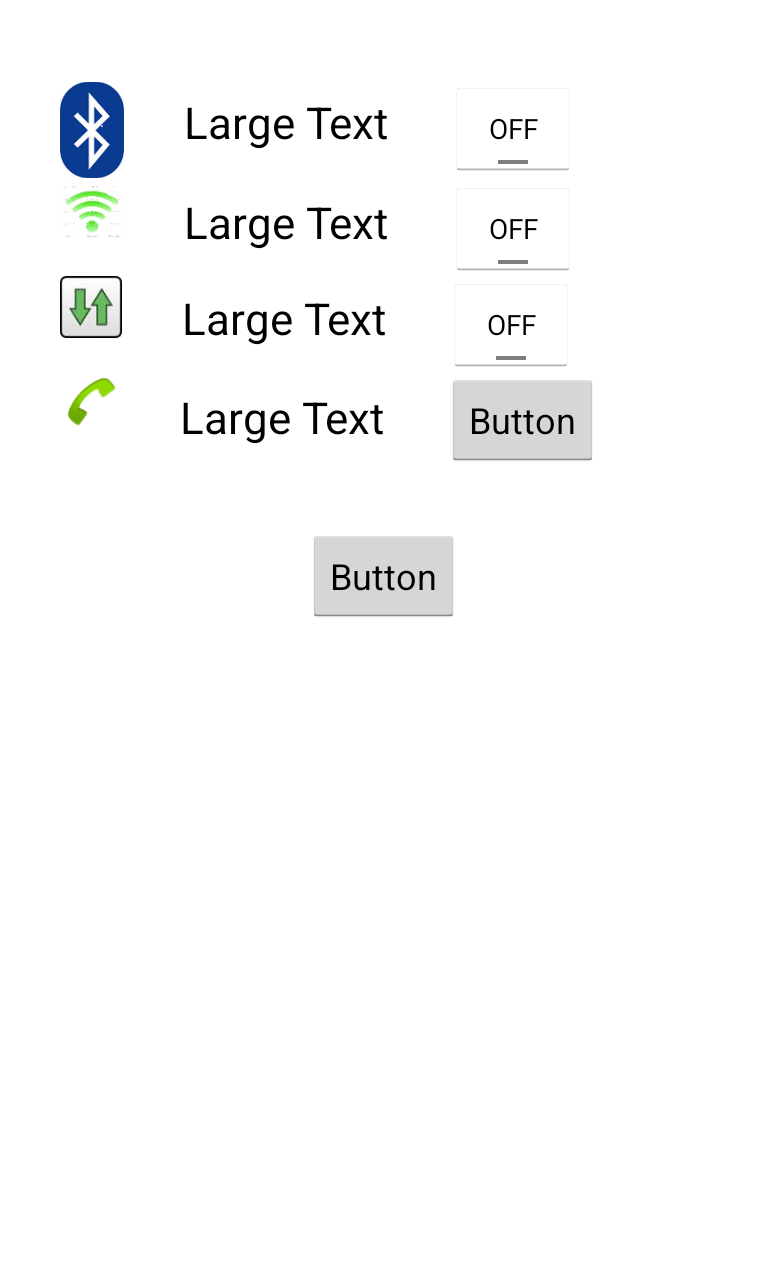
Repository: born2behappy18/meetingMiliue
Layout: MeetingMileu/res/layout/toggle.xml
The author's editor kept a copy of each file at every save. The layout is drawn from the files as they stood at one save, then again after the next save.
It is drawn on a 768 x 1280 px phone screen (xhdpi) without system bars, with theme AppTheme; the app's code is not run.

Above is the layout before, as saved 2015-10-13 10:54:37.

After the next save:
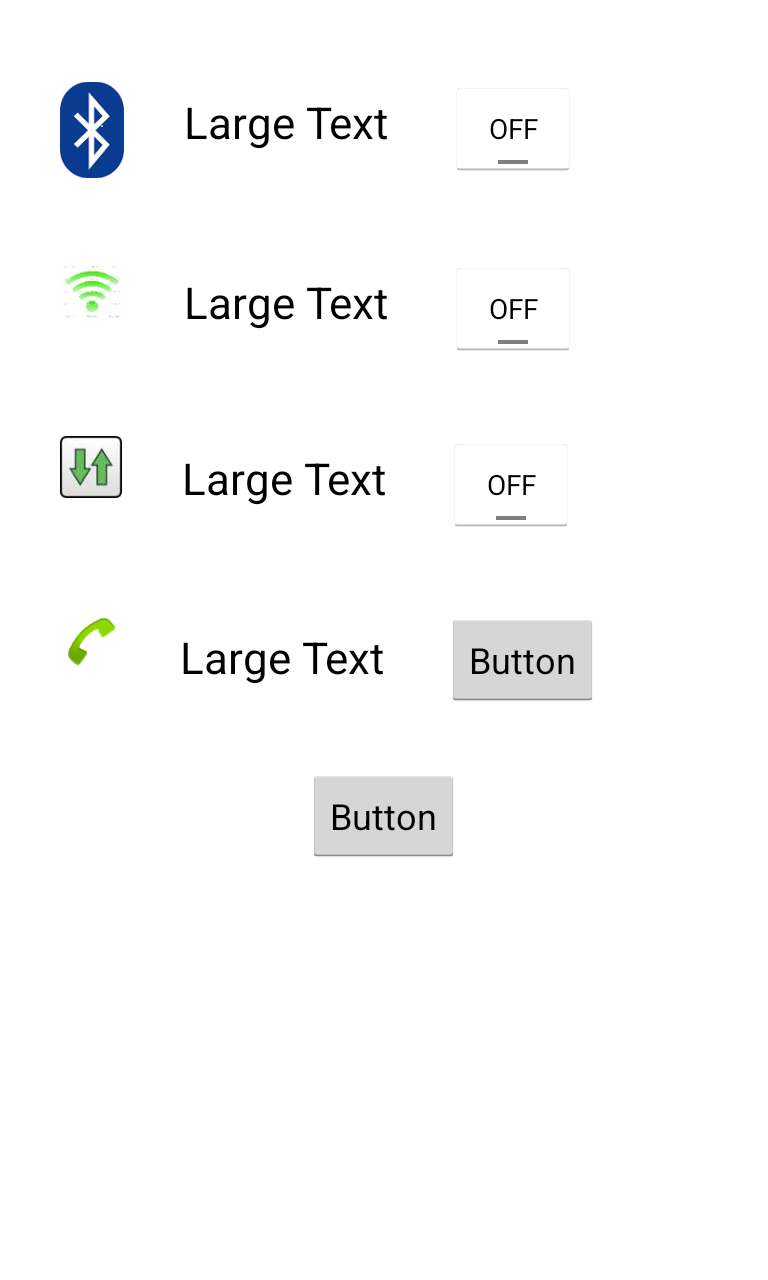
Saved 67 s later.
--- a/MeetingMileu/res/layout/toggle.xml
+++ b/MeetingMileu/res/layout/toggle.xml
@@ -35,7 +35,8 @@
 <LinearLayout
     android:layout_width="match_parent"
     android:layout_height="wrap_content"
-    android:orientation="horizontal" >
+    android:orientation="horizontal"
+    android:layout_marginTop="40dp" >
 
     <ImageView
         android:id="@+id/imageView3"
@@ -62,7 +63,8 @@
 <LinearLayout
     android:layout_width="match_parent"
     android:layout_height="wrap_content"
-    android:orientation="horizontal" >
+    android:orientation="horizontal"
+    android:layout_marginTop="40dp" >
 
     <ImageView
         android:id="@+id/imageView4"
@@ -89,7 +91,8 @@
 <LinearLayout
     android:layout_width="match_parent"
     android:layout_height="wrap_content"
-    android:orientation="horizontal" >
+    android:orientation="horizontal"
+    android:layout_marginTop="40dp" >
 
     <ImageView
         android:id="@+id/imageView1"
